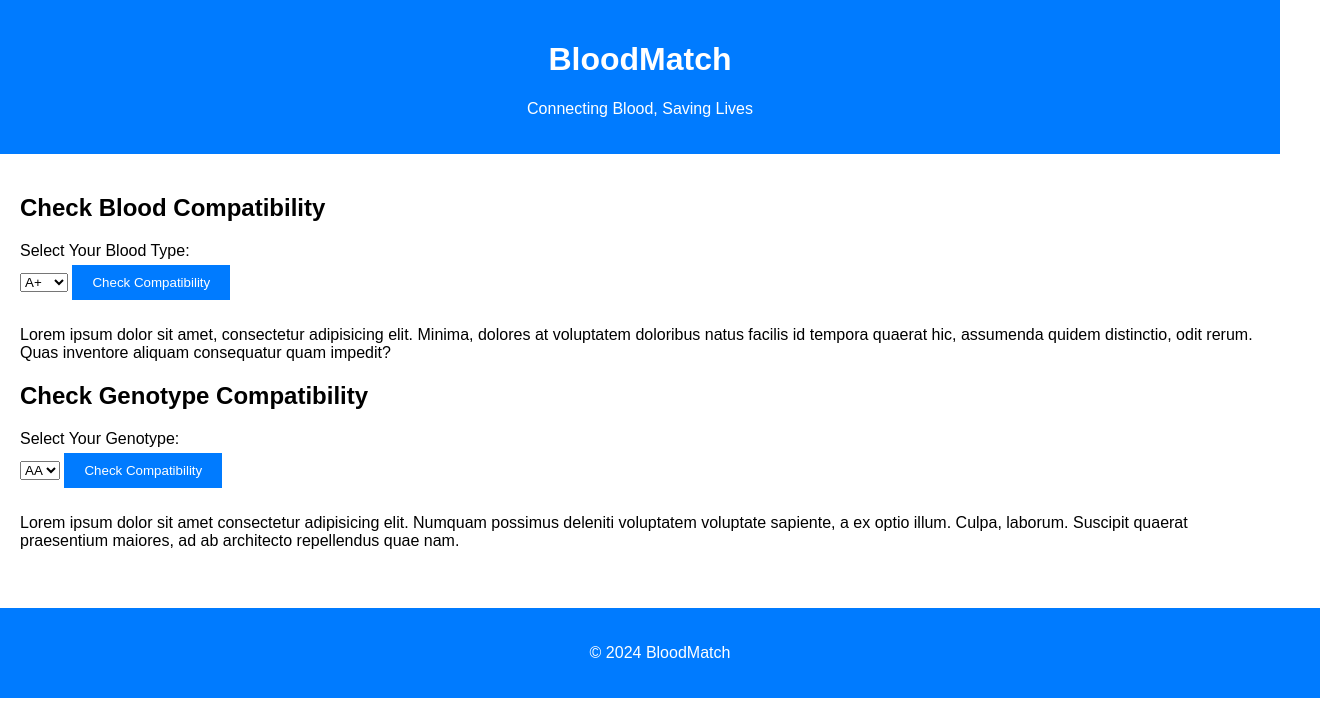
Repository: JuliusMonday/BloodMatch
Page: index.html
The author's editor kept a copy of each file at every save. The page is drawn from the files as they stood at one save, then again after a run of saves.
The browser window is 1280 px wide. The page is 1320 px wide, so the pictures cover 1320 px, including what lies to the right of the window. The pictures show the whole page.
After loading, the first visible `button` was clicked once.

Above is the page before, as saved 2024-05-02 15:57:53.
Console error: SyntaxError: Unexpected token '}'

After the next 2 saves:
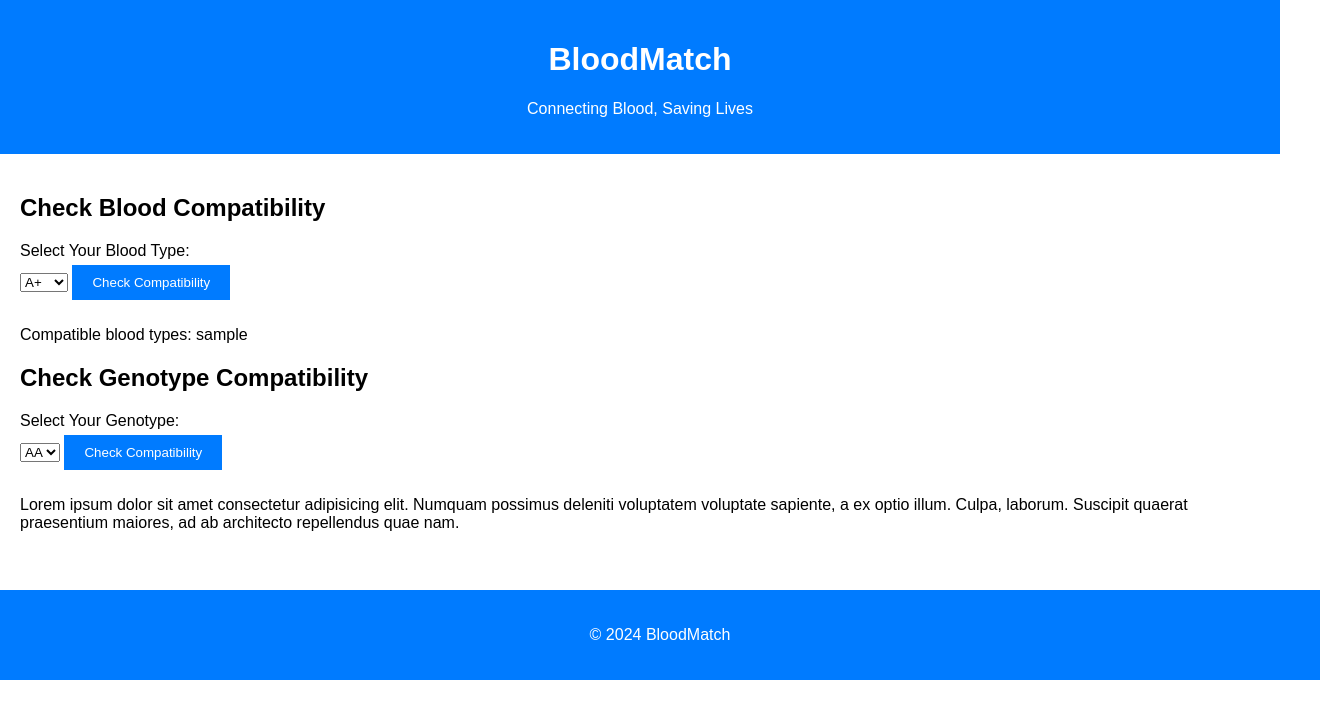
The error is gone.
The 2 saves are shown as one change because they came seconds apart.
The last was saved 6 s later.
--- a/script.js
+++ b/script.js
@@ -23,7 +23,8 @@ const checkBloodCompatibility = () =>{
       case "AB-":
         compatibleBloodTypes = "sample";
         break;
-      case "O+"
+      case "O+":
+
     }
 
     compatibilityResult.textContent = "Compatible blood types: " + compatibleBloodTypes;
